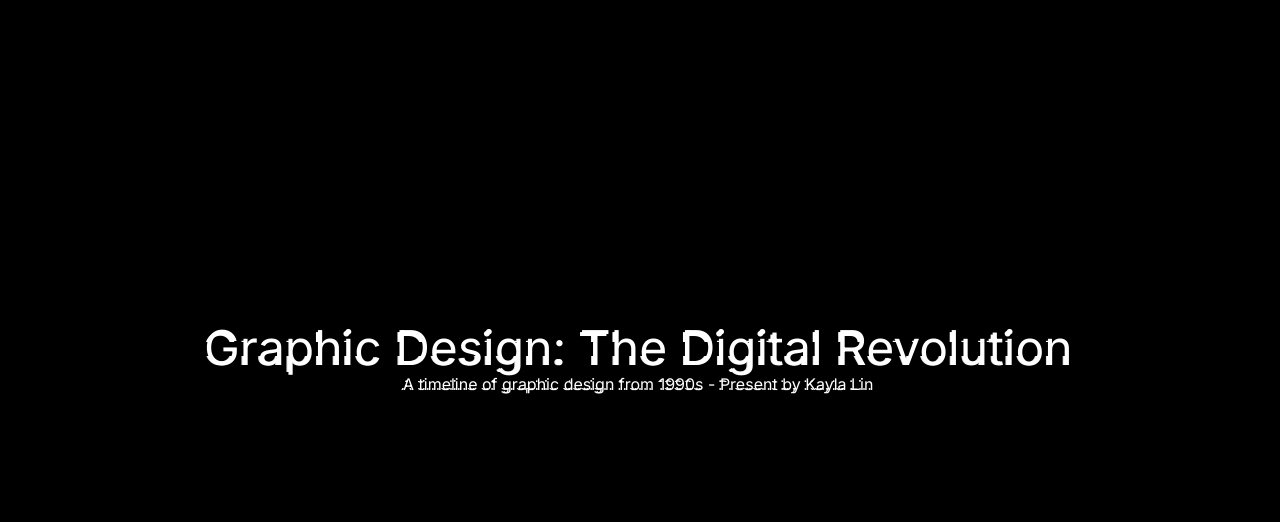
Repository: kayla-lin/graphic-design-timeline
Page: /
The author's editor kept a copy of each file at every save. The page is drawn from the files as they stood at one save, then again after the next save.
The browser window is 1280 px wide. The pictures show the whole page.
The project was rebuilt for these pictures with package versions that can differ from the ones it lists, and the page was loaded fresh each time. The framework's server and built-in components were replaced by stand-ins that run in the browser. Also part of the build but not shown: next.config.js.

Above is the page before, as saved 2023-05-01 18:23:41.

After the next save:
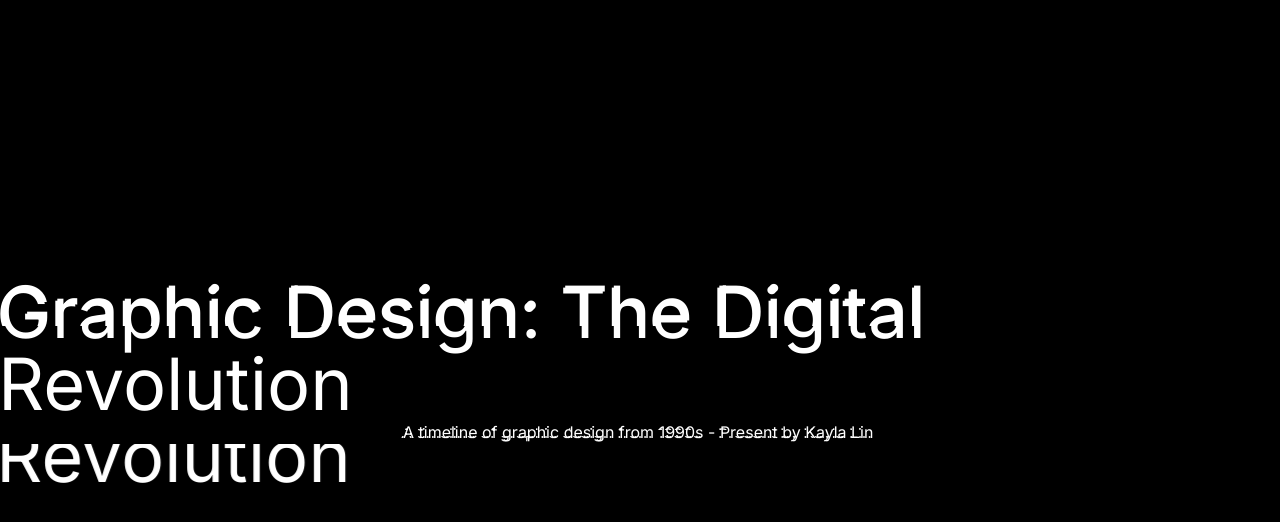
Saved 26 s later.
--- a/pages/index.tsx
+++ b/pages/index.tsx
@@ -9,7 +9,7 @@
       <div className="h-screen w-screen text-white flex flex-col justify-center items-center">
         <h1
           title="Graphic Design: The Digital Revolution"
-          className="glitch text-5xl"
+          className="glitch text-7xl"
         >
           Graphic Design: The Digital Revolution
         </h1>

After the save that followed:
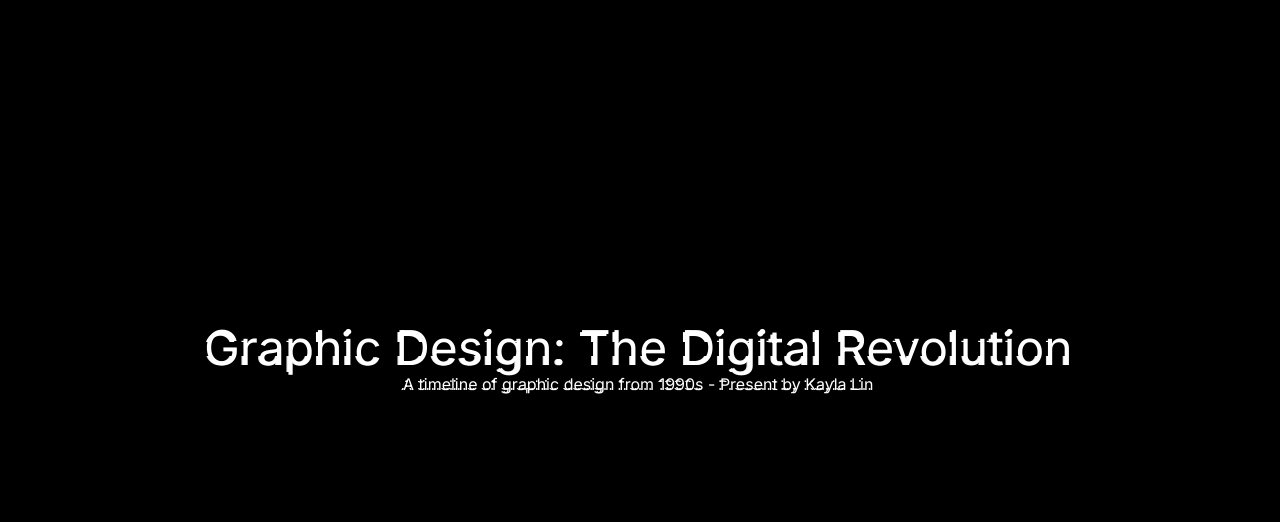
Saved 4 s later.
--- a/pages/index.tsx
+++ b/pages/index.tsx
@@ -9,7 +9,7 @@
       <div className="h-screen w-screen text-white flex flex-col justify-center items-center">
         <h1
           title="Graphic Design: The Digital Revolution"
-          className="glitch text-7xl"
+          className="glitch text-5xl"
         >
           Graphic Design: The Digital Revolution
         </h1>
